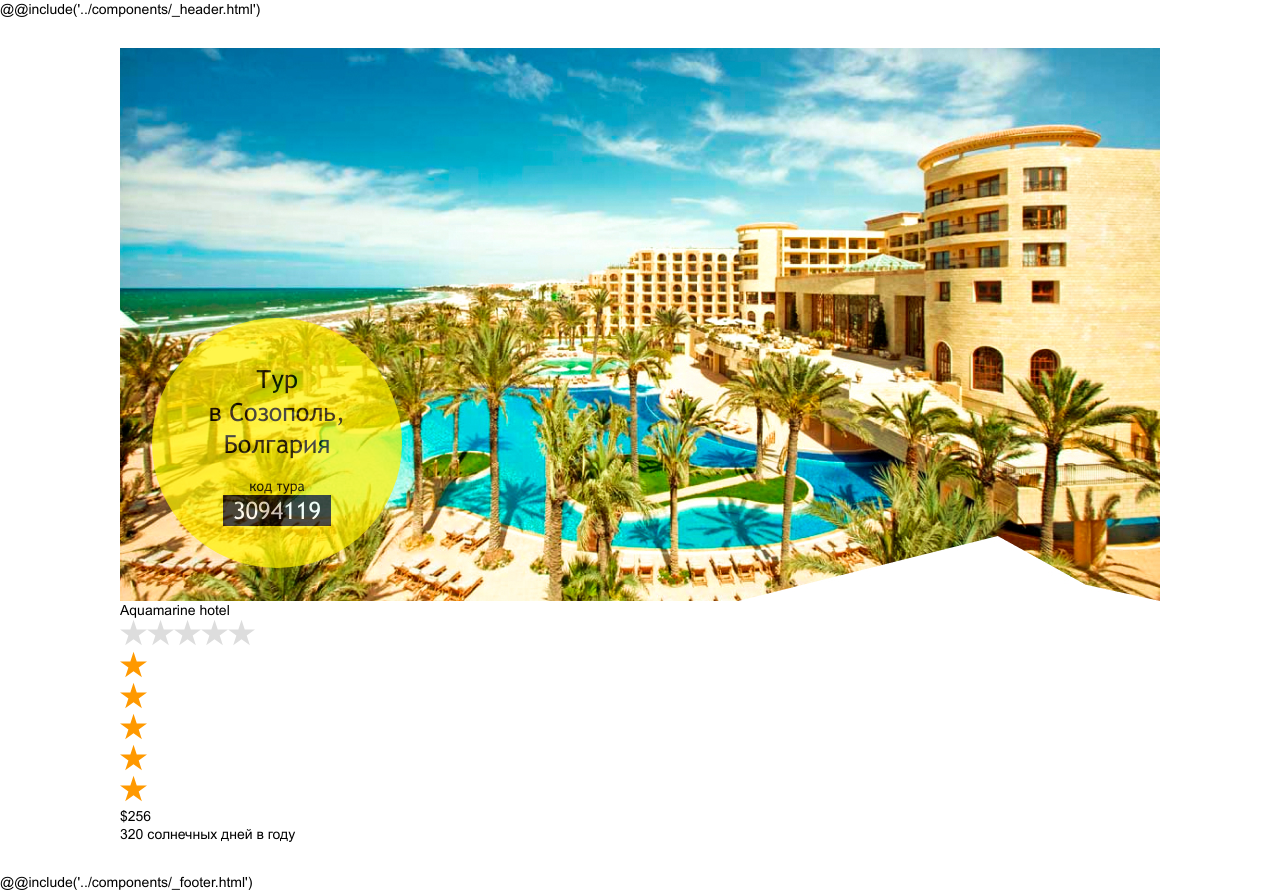
Repository: chekhunov/suntour
Page: app/html/pages/index.html
These files come from the project's save history. The page is drawn as it stood at one moment and after the next save; the edit follows.
The browser window is 1280 px wide. The pictures show the whole page.
Some web fonts or font styles are not loaded; a fallback is used. The style sheet was rebuilt from its Sass, Less or Tailwind sources for each picture, by a compiler version that may differ from the author's.

Above is the page before, as saved 2021-03-04 13:38:17.

### app/html/pages/index.html
<!DOCTYPE html>
<html lang="en">

<head>
  <meta charset="UTF-8">
  <meta name="viewport" content="width=device-width, initial-scale=1.0">
  <title>SunTour</title>
  <link rel="stylesheet" href="css/style.min.css?v=0.1">
</head>

<body>

  @@include('../components/_header.html')

  <main class="main">

    <section class="content">

      <div class="container">

        <article class="card-hotel" href="#">

          <div class="card-hotel__image" style="background-image: url('images/content/card-hotelbg.jpg');">

            <div class="card-hotel__box">

              <div class="card-hotel__tour">

                <div class="card-hotel__title-tour">

                  <span class="card-hotel__text">
                    Тур
                  </span>

                  <span class="card-hotel__text">
                    в Созополь, Болгария
                  </span>

                </div>


                <div class="card-hotel__code-tour">

                  код тура

                  <span class="card-hotel__code">

                    3094119

                  </span>

                </div>

              </div>

            </div>

          </div>

          <div class="card-hotel__content">

            <div class="card-hotel__item">

              <span class="card-hotel__title">

                Aquamarine hotel

              </span>

              <div class="star"></div>

              <span class="price">

                $256

              </span>

            </div>

            <div class="card-hotel__item">



            </div>

            <div class="card-hotel__sunday">

              <span class="card-hotel__day">

                320

              </span>

              солнечных дней в году

            </div>

          </div>


        </article>

      </div>

    </section>

  </main>

  @@include('../components/_footer.html')

  <script src="js/main.min.js"></script>

</body>

</html>

### app/scss/style.scss
@import 'vars';  //переменные для цвета для шрифта
@import 'fonts'; // подключение шрифтов
@import 'reset'; //сброс всех стилей
@import 'global'; // подключение глобальных стилей типо reset.css, то что на body для сылок
// @import 'media'; // адаптив
@import "mixins";

@import "components/header";
@import "components/card-hotel";
@import "home/home";

### app/scss/_vars.scss

%arial-400 {
  font-family: "Arial-Regular", sans-serif;
  font-weight: 400;
}

%arial-700 {
  font-family: "Arial-bold", sans-serif;
  font-weight: 700;
}

%trebuchetMS-700 {
  font-family: "TrebuchetMS-bold", sans-serif;
  font-weight: 700;
}

### app/scss/_fonts.scss
@font-face {
  font-family: "Arial-regular";
  font-weight: 400;
  font-style: normal;
  src: url("../fonts/Arial.woff2") format("woff2"),
    url("../fonts/Arial.woff") format("woff");
  font-display: swap; //самое оптимальное для пользователя при прогрузке шрифтов
}

@font-face {
  font-family: "Arial-bold";
  font-weight: 700;
  font-style: normal;
  src: url("../fonts/Arial.woff2") format("woff2"),
    url("../fonts/Arial.woff") format("woff");
  font-display: swap; //самое оптимальное для пользователя при прогрузке шрифтов
}

@font-face {
  font-family: "TrebuchetMS-bold";
  font-weight: 700;
  font-style: normal;
  src: url("../fonts/TrebuchetMS.woff2") format("woff2"),
    url("../fonts/TrebuchetMS.woff") format("woff");
  font-display: swap; //самое оптимальное для пользователя при прогрузке шрифтов
}

### app/scss/_reset.scss
/* Указываем box sizing */
/* плавный скроллинг по сайту */
/* scroll-behavior: smooth;  */
html {
  box-sizing: border-box;
}

*,
*::after,
*::before {
  box-sizing: inherit;
}

// только у них будет padding 0 если класса у них нет тогда padding будет не 0
ul,
ol {
  padding: 0;
}

/* Убираем внешние отступы */
body,
h1,
h2,
h3,
h4,
p,
ul[class],
ol[class],
li,
figure,
figcaption,
blockquote{
  margin: 0;
}

/* Выставляем основные настройки по-умолчанию для body */
body {
  min-height: 100vh;
  scroll-behavior: smooth;
  text-rendering: optimizeSpeed;
  line-height: 1.3;
}

/* Удаляем стандартную стилизацию для всех ul и il, у которых есть атрибут class*/
ul,
ol{
  list-style: none;
}

a {
  text-decoration: none;
}

/* Элементы a, у которых нет класса, сбрасываем до дефолтных стилей */
a:not([class]) {
  text-decoration-skip-ink: auto;
}

/* Упрощаем работу с изображениями */
img {
  max-width: 100%;
  display: block;
}

/* Указываем понятную периодичность в потоке данных у article*/
// article > * + * {
//   margin-top: 1em;
// }

/* Наследуем шрифты для инпутов и кнопок */
input,
button,
textarea,
select {
  font: inherit;
}

/* Удаляем все анимации и переходы для людей, которые предпочитай их не использовать */
@media (prefers-reduced-motion: reduce) {
  * {
    animation-duration: 0.01ms !important;
    animation-iteration-count: 1 !important;
    transition-duration: 0.01ms !important;
    scroll-behavior: auto !important;
  }
}

address {
  font-style: normal;
}

### app/scss/_global.scss
@import "mixins";

html,
body {
  height: 100%;
}

body {
  display: flex;
  flex-direction: column;
  font-size: 14px;
  color: black;
  background-color: white;
  @extend %arial-400;
}

// main {
//   @include _1200 {
//     position: relative;
//     transition: 0.5s;
//     z-index: 0;

//     &.main--active {
//       transform: translateX(-20%);
//     }
//   }

//   @include _560 {
//     top: 0;
//     &.main--active {
//       transform: translateX(-30%);
//     }
//   }
// }

.container {
  max-width: 1070px;
  margin: 0 auto;
  padding: 0 15px;
}

.main {
  flex-grow: 1;
}

a,
button {
  outline: transparent;
  cursor: pointer;
}

.uppercase {
  text-transform: uppercase;
}

.logo {
  &__img {
    max-width: 179px;
    max-height: 44px;
    object-fit: cover;
  }
}

### app/scss/_mixins.scss

@mixin _1500 {
  @media (max-width: 1500px) {
    @content;
  }
}

@mixin _1200 {
  @media (max-width: 1200px) {
    @content;
  }
}


@mixin _1024 {
  @media (max-width: 1024px) {
    @content;
  }
}

@mixin _860 {
  @media (max-width: 860px) {
    @content;
  }
}

@mixin _768 {
  @media (max-width: 768px) {
    @content;
  }
}


@mixin _560 {
  @media (max-width: 560px) {
    @content;
  }
}

@mixin _425 {
  @media (max-width: 425px) {
    @content;
  }
}

### app/scss/components/_header.scss
.header {
  width: 100%;
  height: 104px;
  padding: 30px 0;
  background-color: #00BFF3;
}

### app/scss/components/_card-hotel.scss
.card-hotel {
  &__image {
    max-width: 1040px;
    min-height: 553px;
    display: flex;
    justify-content: left;
    align-items: flex-end;
    background-repeat: no-repeat;
    background-position: top center;
    background-size: cover;
    object-fit: cover;
  }

  &__box {
    width: 250px;
    height: 250px;
    margin-left: 32px;
    margin-bottom: 33px;
    padding: 45px 0;
    display: flex;
    justify-content: center;
    align-items: center;
    background-color: #FFF200;
    opacity: 0.7;
    border-radius: 150px;
  }

  &__tour {
    width: 169px;
    height: 158px;
    font-size: 25px;
    text-align: center;
    @extend %trebuchetMS-700;
  }

  &__title-tour {
    display: flex;
    flex-direction: column;
      padding-bottom: 15px;
  }

  &__code-tour {
    display: flex;
    flex-direction: column;
    align-items: center;
    font-size: 14px;
  }

  &__code {
    width: 108px;
    height: 31px;
    font-size: 24px;
    background-color: black;
    color: white;
  }
}

### app/scss/home/_home.scss
@import "home/content";

### app/scss/home/_content.scss

.content {
  padding: 30px 0;
}

Loaded but not shown: app/js/main.min.js (library)

After the next save:
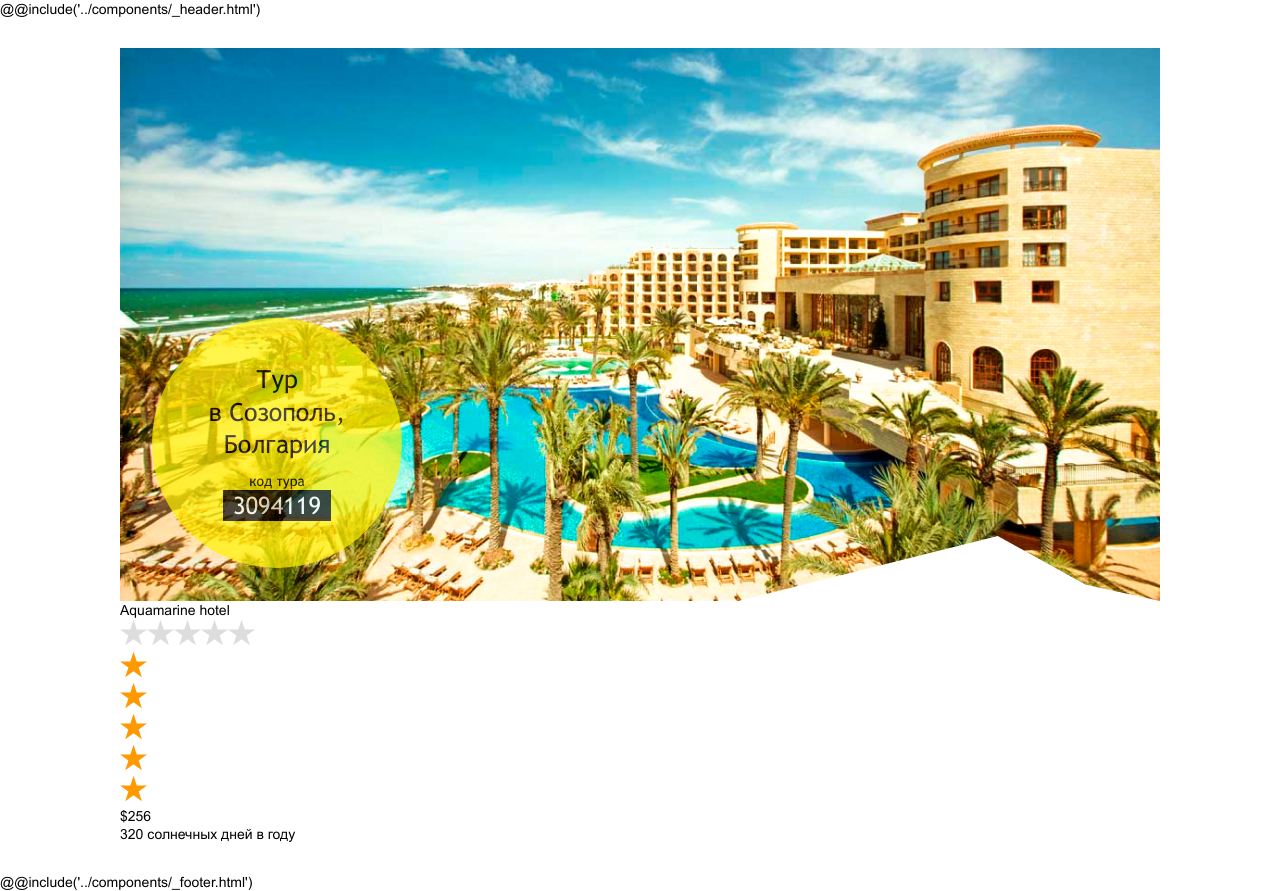
Saved 31 s later.
--- a/app/scss/components/_card-hotel.scss
+++ b/app/scss/components/_card-hotel.scss
@@ -36,7 +36,7 @@
   &__title-tour {
     display: flex;
     flex-direction: column;
-      padding-bottom: 15px;
+      padding-bottom: 10px;
   }
 
   &__code-tour {
